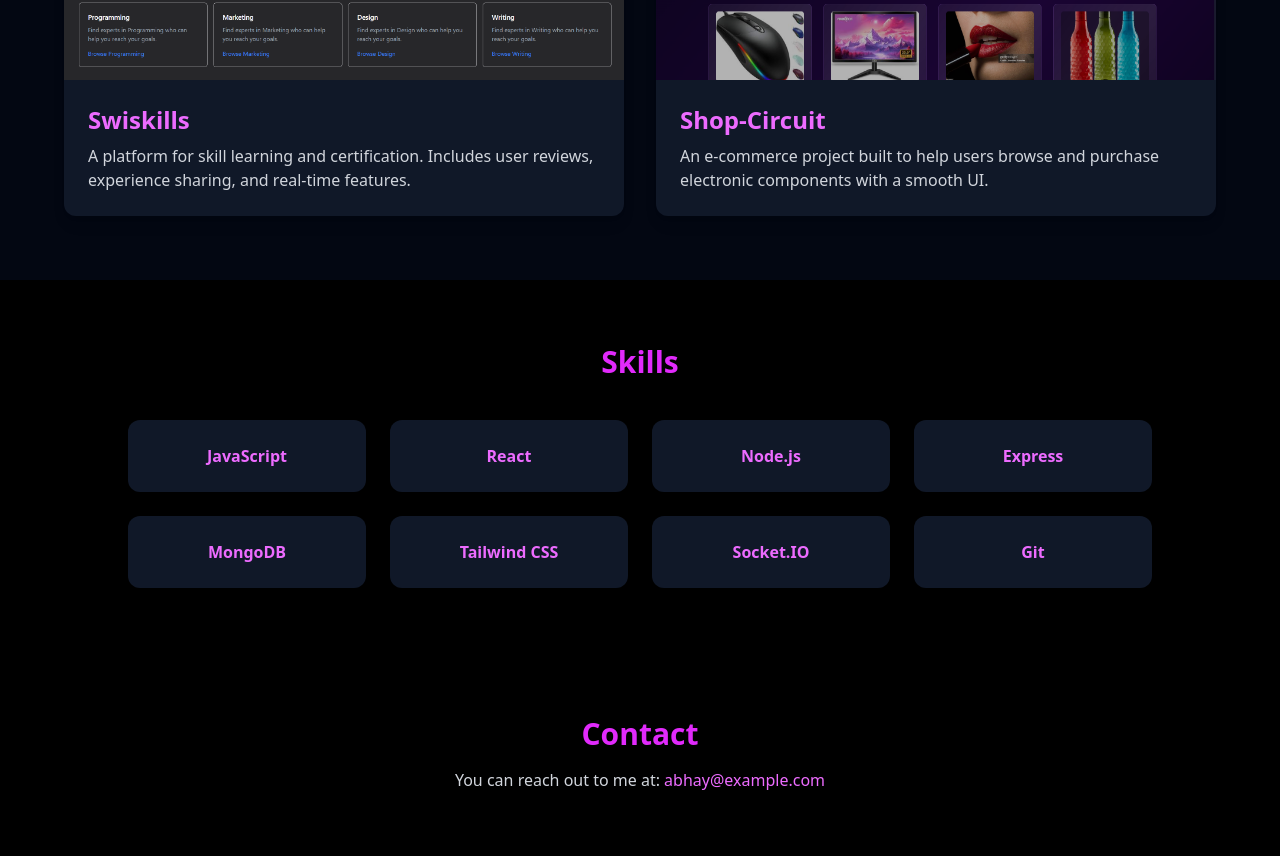
Repository: abhaysharma20233009/portfolio
Page: /
An editor plug-in stored every save of this project. The page is shown before and after a run of saves, followed by the edit.
The browser window is 1280 px wide. The pictures show the part of the page from y = 1020 to 1972 px (the page is 1876 px tall before and 1972 px after).
The project was rebuilt for these pictures with package versions that can differ from the ones it lists, and the page was loaded fresh each time. Also part of the build but not shown: vite.config.js, src/App.css. Imported but missing from the stored project, and not drawn on this page: src/assets/bg.mp4.

Above is the page before, as saved 2025-05-20 17:49:19.

After the next 2 saves:
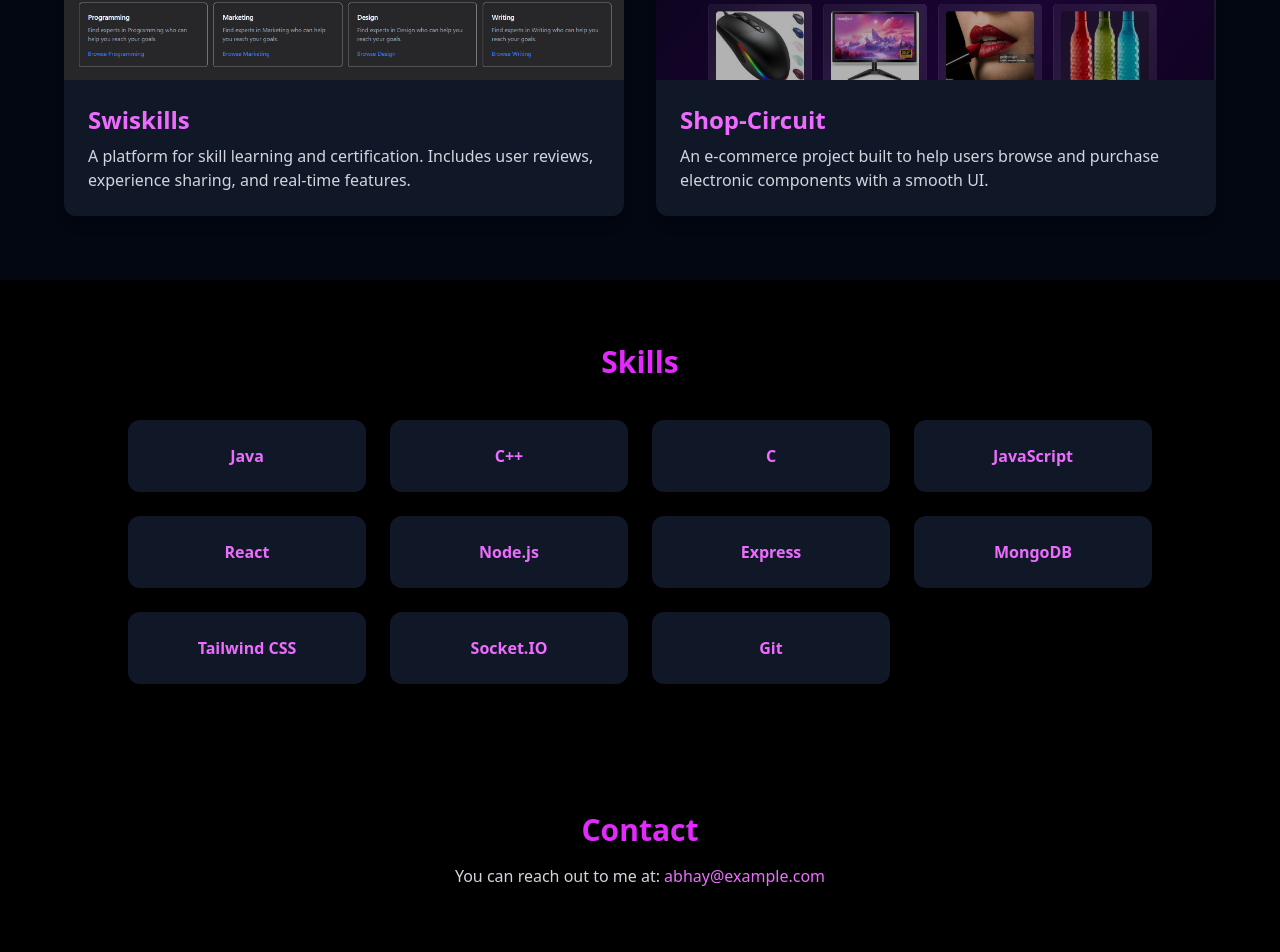
The 2 saves are shown as one change because they came seconds apart.
The last was saved 57 s later.
--- a/src/App.jsx
+++ b/src/App.jsx
@@ -71,7 +71,7 @@ function App() {
       <section id="skills" className="bg-black py-16 px-4 text-white">
         <h2 className="text-3xl font-bold text-center mb-10 text-fuchsia-500">Skills</h2>
         <div className="max-w-5xl mx-auto grid grid-cols-2 sm:grid-cols-3 md:grid-cols-4 gap-6 text-center">
-          {['JavaScript', 'React', 'Node.js', 'Express', 'MongoDB', 'Tailwind CSS', 'Socket.IO', 'Git'].map((skill, idx) => (
+          {['Java','C++','C','JavaScript', 'React', 'Node.js', 'Express', 'MongoDB', 'Tailwind CSS', 'Socket.IO', 'Git'].map((skill, idx) => (
             <div
               key={idx}
               className="bg-gray-900 text-fuchsia-400 rounded-xl py-6 px-4 font-semibold shadow-md hover:scale-105 transition"
